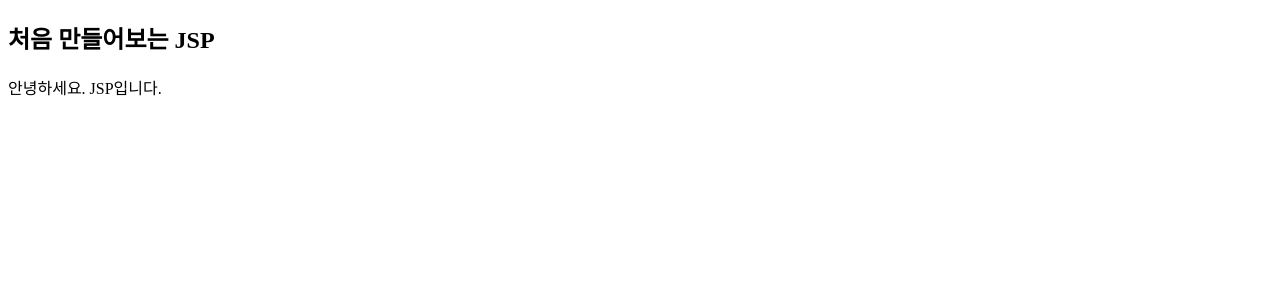
Repository: syhwang-dev/JSP-Servlet
Page: http://localhost/MustHaveJSP/HelloJSP.jsp
The author's editor kept a copy of each file at every save. The page is drawn from the files as they stood at one save, then again after the next save.
The browser window is 1280 px wide. The pictures show the whole page.
The page is served by Tomcat 9.

Above is the page before, as saved 2023-05-10 05:53:31.

After the next save:
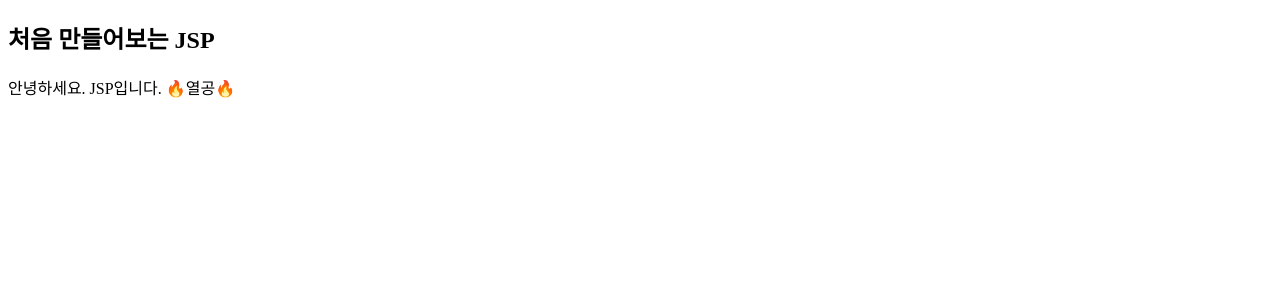
Saved 92 s later.
--- a/MustHaveJSP/src/main/webapp/HelloJSP.jsp
+++ b/MustHaveJSP/src/main/webapp/HelloJSP.jsp
@@ -14,7 +14,7 @@
  	<h2>처음 만들어보는 <%= str1 %></h2>
  	<p>
  		<%
- 			out.println(str2 + str1 + "입니다.");
+ 			out.println(str2 + str1 + "입니다. 🔥열공🔥");
  		%>
  	</p>
 </body>
